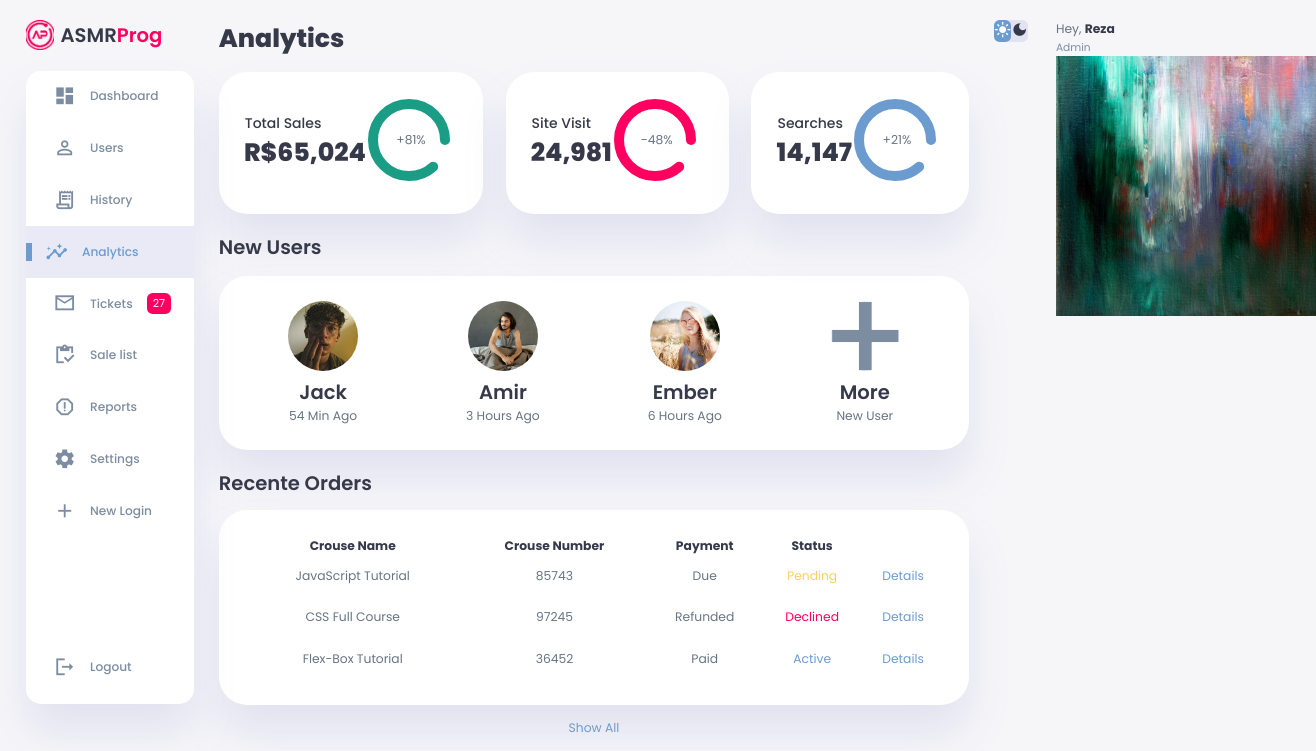
Repository: pheonix5/ProjetosRN-linux
Page: DashBoard/index.html
These files come from the project's save history. The page is drawn as it stood at one moment and after the next save; the edit follows.
The browser window is 1280 px wide. The page is 1316 px wide, so the pictures cover 1316 px, including what lies to the right of the window. The pictures show the whole page.

Above is the page before, as saved 2023-08-06 02:46:11.

### DashBoard/index.html
<!DOCTYPE html>
<html lang="pt-br">

<head>
  <meta charset="UTF-8">
  <meta name="viewport" content="width=device-width, initial-scale=1.0">
  <link href="https://fonts.googleapis.com/icon?family=Material+Icons+Sharp" rel="stylesheet">
  <link rel="stylesheet" href="style.css">
  <title>Responsive Dashboard Design #1</title>
</head>

<body>

  <div class="container">
    <!-- Siderbar Section -->
    <aside>
      <div class="toggle">
        <div class="logo">
          <img src="images/logo.png">
          <h2>ASMR<span class="danger">Prog</span></h2>
        </div>
        <div class="close" id="close-btn">
          <span class="material-icons-sharp">
            close
          </span>
        </div>
      </div>

      <div class="sidebar">
        <a href="#">
          <span class="material-icons-sharp">
            dashboard
          </span>
          <h3>Dashboard</h3>
        </a>
        <a href="#">
          <span class="material-icons-sharp">
            person_outline
          </span>
          <h3>Users</h3>
        </a>
        <a href="#">
          <span class="material-icons-sharp">
            receipt_long
          </span>
          <h3>History</h3>
        </a>
        <a href="#" class="active">
          <span class="material-icons-sharp">
            insights
          </span>
          <h3>Analytics</h3>
        </a>
        <a href="#">
          <span class="material-icons-sharp">
            mail_outline
          </span>
          <h3>Tickets</h3>
          <span class="message_count">27</span>
        </a>
        <a href="#">
          <span class="material-icons-sharp">
            inventory
          </span>
          <h3>Sale list</h3>
        </a>
        <a href="#">
          <span class="material-icons-sharp">
            report_gmailerrorred
          </span>
          <h3>Reports</h3>
        </a>
        <a href="#">
          <span class="material-icons-sharp">
            settings
          </span>
          <h3>Settings</h3>
        </a>
        <a href="#">
          <span class="material-icons-sharp">
            add
          </span>
          <h3>New Login</h3>
        </a>
        <a href="#">
          <span class="material-icons-sharp">
            logout
          </span>
          <h3>Logout</h3>
        </a>
      </div>
    </aside>
    <!-- Fim da Seção do Sidebar-->

    <!-- Main Content-->
    <main>
      <h1>Analytics</h1>
      <!-- Analyses -->
      <div class="analyse">
        <div class="sales">
          <div class="status">
            <div class="info">
              <h3>Total Sales</h3>
              <h1>R$65,024</h1>
            </div>
            <div class="progresss">
              <svg>
                <circle cx="38" cy="38" r="36"></circle>
              </svg>
              <div class="percentage">
                <p>+81%</p>
              </div>
            </div>
          </div>
        </div>

        <div class="visits">
          <div class="status">
            <div class="info">
              <h3>Site Visit</h3>
              <h1>24,981</h1>
            </div>
            <div class="progresss">
              <svg>
                <circle cx="38" cy="38" r="36"></circle>
              </svg>
              <div class="percentage">
                <p>-48%</p>
              </div>
            </div>
          </div>
        </div>

        <div class="searches">
          <div class="status">
            <div class="info">
              <h3>Searches</h3>
              <h1>14,147</h1>
            </div>
            <div class="progresss">
              <svg>
                <circle cx="38" cy="38" r="36"></circle>
              </svg>
              <div class="percentage">
                <p>+21%</p>
              </div>
            </div>
          </div>
        </div>
      </div>
      <!-- End Of Analyses -->

      <!--  New Users Section -->
      <div class="new-users">
        <h2>New Users</h2>
        <div class="user-list">
          <div class="user">
            <img src="images/profile-2.jpg">
            <h2>Jack</h2>
            <p>54 Min Ago</p>
          </div>
          <div class="user">
            <img src="images/profile-3.jpg">
            <h2>Amir</h2>
            <p>3 Hours Ago</p>
          </div>
          <div class="user">
            <img src="images/profile-4.jpg">
            <h2>Ember</h2>
            <p>6 Hours Ago</p>
          </div>
          <div class="user">
            <img src="images/plus.png">
            <h2>More</h2>
            <p>New User</p>
          </div>
        </div>
      </div>
      <!-- End of New Users Section -->


      <!-- Recente Orders Table -->
      <div class="recent-orders">
        <h2>Recente Orders</h2>
        <table>
          <thead>
            <tr>
              <th>Crouse Name</th>
              <th>Crouse Number</th>
              <th>Payment</th>
              <th>Status</th>
              <th></th>
            </tr>
          </thead>
          <tbody>

          </tbody>
        </table>
        <a href="#">Show All</a>
      </div>
      <!-- End of Recent Orders -->

    </main>
    <!-- End of Main Content -->

    <!-- Right Section-->
    <div class="right-section">
      <div class="nav">
        <button id="menu-btn">
          <span class="material-icons-sharp">
            menu
          </span>
        </button>
        <div class="dark-mode">
          <span class="material-icons-sharp active">
            light_mode
          </span>
          <span class="material-icons-sharp">
            dark_mode
          </span>
        </div>

        <div class="profile">
          <div class="info">
            <p>Hey, <b>Reza</b></p>
            <small class="text-muted">Admin</small>
          </div>
          <div class="profile-photo">
            <img src="images/profile-1.jpg">
          </div>
        </div>

      </div>
    </div>


  </div>

  <script src="orders.js"></script>
  <script src="index.js"></script>
</body>

</html>

### DashBoard/style.css
@import url('https://fonts.googleapis.com/css2?family=Barlow:ital,wght@0,100;0,200;0,300;0,400;0,500;0,600;0,700;0,800;0,900;1,100;1,200;1,300;1,400;1,500;1,600;1,700;1,800;1,900&family=Poppins:wght@300;400;500;600;700;800&display=swap');

:root{
  --color-primary: #6C9BCF;
    --color-danger: #FF0060;
    --color-success: #1B9C85;
    --color-warning: #F7D060;
    --color-white: #fff;
    --color-info-dark: #7d8da1;
    --color-dark: #363949;
    --color-light: rgba(132, 139, 200, 0.18);
    --color-dark-variant: #677483;
    --color-background: #f6f6f9;

    --card-border-radius: 2rem;
    --border-radius-1: 0.4rem;
    --border-radius-2: 1.2rem;

    --card-padding: 1.8rem;
    --padding-1: 1.2rem;

    --box-shadow: 0 2rem 3rem var(--color-light);
}

.dark-mode-variables{
  --color-background: #181a1e;
    --color-white: #202528;
    --color-dark: #edeffd;
    --color-dark-variant: #a3bdcc;
    --color-light: rgba(0, 0, 0, 0.4);
    --box-shadow: 0 2rem 3rem var(--color-light);
}

*{
  margin: 0;
  padding: 0;
  outline: 0;
  appearance: 0;
  border: 0;
  text-decoration: none;
  box-sizing: border-box;
}

html{
  font-size: 14px;
}

body{
  width: 100vw;
  height: 100vh;
  font-family: 'Poppins', sans-serif;
  font-size: 0.88rem;
  user-select: none;
  overflow-x: hidden;
  color: var(--color-dark);
  background-color: var(--color-background);
}

a{
  color: var(--color-dark);
}

img{
  display: block;
  width: 100%;
  object-fit: cover;
}

h1{
  font-weight: 800;
  font-size: 1.8rem;
}

h2{
  font-weight: 600;
  font-size: 1.4rem;
}

h3{
  font-weight: 500;
  font-size: 0.87rem;
}

small{
  font-size: 0.76rem;
}

p{
  color: var(--color-dark-variant);
}

b{
  color: var(--color-dark);
}

.text-muted{
  color: var(--color-info-dark);
}

.primary{
  color: var(--color-primary);
}

.danger{
  color: var(--color-danger);
}

.sucess{
  color: var(--color-success);
}

.warning{
  color: var(--color-warning);
}

.container{
  display: grid;
  width: 96%;
  margin: 0 auto;
  gap: 1.8rem;
  grid-template-columns: 12rem auto 23rem;
}

aside{
  height: 100vh;
}

aside .toggle{
  display: flex;
  align-items: center;
  justify-content: space-between;
  margin-top: 1.4rem;
}

aside .toggle .logo{
  display: flex;
  gap: 0.5rem;
}

aside .toggle .logo img{
  width: 2rem;
  width: 2rem;
}

aside .toggle .close{
  padding-right: 1rem;
  display: none;
}

aside .sidebar{
  display: flex;
  flex-direction: column;
  background-color: var(--color-white);
  box-shadow: var(--box-shadow);
  border-radius: 15px;
  height: 88vh;
  position: relative;
  top: 1.5rem;
  transition: all 0.3s ease;
}

aside .sidebar:hover{
  box-shadow: none;
}

aside .sidebar a{
  display: flex;
  align-items: center;
  color:  var(--color-info-dark);
  height: 3.7rem;
  gap: 1rem;
  position: relative;
  margin-left: 2rem;
  transition: all 0.3s ease;
}

aside .sidebar a span{
  font-size: 1.6rem;
  transition: all 0.3s ease;
}

aside .sidebar a:last-child{
  position: absolute;
  bottom: 0.8rem;
  width: 100%;
}

aside .sidebar a.active{
  width: 100%;
  color: var(--color-primary);
  background-color: var(--color-light);
  margin-left: 0;
}

aside .sidebar a.active::before{
  content: '';
  width: 6px;
  height: 18px;
  background-color: var(--color-primary);
}

aside .sidebar a.active span{
  color: var(--color-primary);
  margin-left: calc(1rem -3px);
}

aside .sidebar a:hover{
  color: var(--color-primary);
}

aside .sidebar a:hover span{
  margin-left: 0.6rem;
}

aside .sidebar .message_count{
  background-color: var(--color-danger);
  padding: 2px 6px;
  color: var(--color-white);
  font-size: 11px;
  border-radius: var(--border-radius-1);
}

main{
  margin-top: 1.4rem;
}

main .analyse{
  display: grid;
  grid-template-columns: repeat(3, 1fr);
  gap: 1.6rem;
}

main .analyse > div{
  background-color: var(--color-white);
  padding: var(--card-padding);
  border-radius: var(--card-border-radius);
  margin-top: 1rem;
  box-shadow: var(--box-shadow);
  cursor: pointer;
  transition: all 0.3s ease;
}

main .analyse > div:hover{
  box-shadow: none;
}

main .analyse > div .status{
  display: flex;
  align-items: center;
  justify-content: space-between;
}


main .analyse h3{
  margin-left: .06rem;
  font-size: 1rem;
}

main .analyse .progresss{
  position: relative;
  width: 92px;
  height: 92px;
  border-radius: 50%;
}

main .analyse svg{
  width: 7rem;
  height: 7rem;
}

main .analyse svg circle{
  fill: none;
  stroke-width: 10;
  stroke-linecap: round;
  transform: translate(5px, 5px);
}

main .analyse .sales svg circle{
  stroke: var(--color-success);
  stroke-dashoffset: -30;
  stroke-dasharray: 200;
}

main .analyse .visits svg circle{
  stroke: var(--color-danger);
  stroke-dashoffset: -30;
  stroke-dasharray: 200;
}

main .analyse .searches svg circle{
  stroke: var(--color-primary);
  stroke-dashoffset: -30;
  stroke-dasharray: 200;
}

main .analyse .progresss .percentage{
  position: absolute;
  top: -3px;
  left: -1px;
  display: flex;
  align-items: center;
  justify-content: center;
  height: 100%;
  width: 100%;
}

main .new-users{
  margin-top: 1.3rem;
}

main .new-users .user-list{
  background-color: var(--color-white);
  padding: var(--card-padding);
  border-radius: var(--card-border-radius);
  margin-top: 1rem;
  box-shadow: var(--box-shadow);
  display: flex;
  justify-content: space-around;
  flex-wrap: wrap;
  gap: 1.4rem;
  transition: all 0.3s ease;
}

main .new-users .user-list:hover{
  box-shadow: none;
}

main .new-users .user-list .user{
  display: flex;
  flex-direction: column;
  align-items: center;
  justify-content: center;
}

main .new-users .user-list .user img{
  width: 5rem;
  height: 5rem;
  margin-bottom: 0.4rem;
  border-radius: 50%;
}

main .recent-orders{
  margin-top: 1.3rem;
}

main .recent-orders h2{
  margin-bottom: 0.8rem;
}

main .recent-orders table{
  background-color: var(--color-white);
  width: 100%;
  padding: var(--card-padding);
  text-align: center;
  box-shadow: var(--box-shadow);
  border-radius: var(--card-border-radius);
  transition: all 0.3s ease;
}

main .recent-orders table:hover{
  box-shadow: none;
}

main table tbody td{
  height: 2.8rem;
  border-bottom: 1px solid var(--color-white);
  color: var(--color-dark-variant);
}

main table tbody tr:last-child td{
  border: none;
}

main .recent-orders a{
  text-align: center;
  display: block;
  margin: 1rem auto;
  color:  var(--color-primary);
}

.right-section{
  margin-top: 1.4rem;
}

.right-section .nav{
  display: flex;
  justify-content: end;
  gap: 2rem;
}

.right-section .nav button{
  display: none;
}

.right-section .dark-mode{
  background-color: var(--color-light);
  display: flex;
  justify-content: space-between;
  align-items: center;
  height: 1.6rem;
  width: 4.2rem;
  cursor: pointer;
  border-radius: var(--border-radius-1);
}

.right-section .dark-mode span{
  font-size: 1.2rem;
  width: 50%;
  height: 100%;
  display: flex;
  align-items: center;
  justify-content: center;
}

.right-section .dark-mode span.active{
  background-color: var(--color-primary);
  color: white;
  border-radius: var(--border-radius-1);
}

### DashBoard/orders.js
const Orders = [
  {
    productName: 'JavaScript Tutorial',
    productNumber: '85743',
    paymentStatus: 'Due',
    status: 'Pending'
  },
  {
    productName: 'CSS Full Course',
    productNumber: '97245',
    paymentStatus: 'Refunded',
    status: 'Declined'
  },
  {
    productName: 'Flex-Box Tutorial',
    productNumber: '36452',
    paymentStatus: 'Paid',
    status: 'Active'
  },
]

### DashBoard/index.js
Orders.forEach(order => {
  const tr = document.createElement('tr');
  const trContent = `
    <td>${order.productName}</td>
    <td>${order.productNumber}</td>
    <td>${order.paymentStatus}</td>
    <td class="${order.status === 'Declined' ? 'danger' : order.status === 'Pending' ? 'warning' : 'primary'}">${order.status}</td>
    <td class="primary">Details</td>
  ` ;
  tr.innerHTML = trContent;
  document.querySelector('table tbody').appendChild(tr)
})

After the next save:
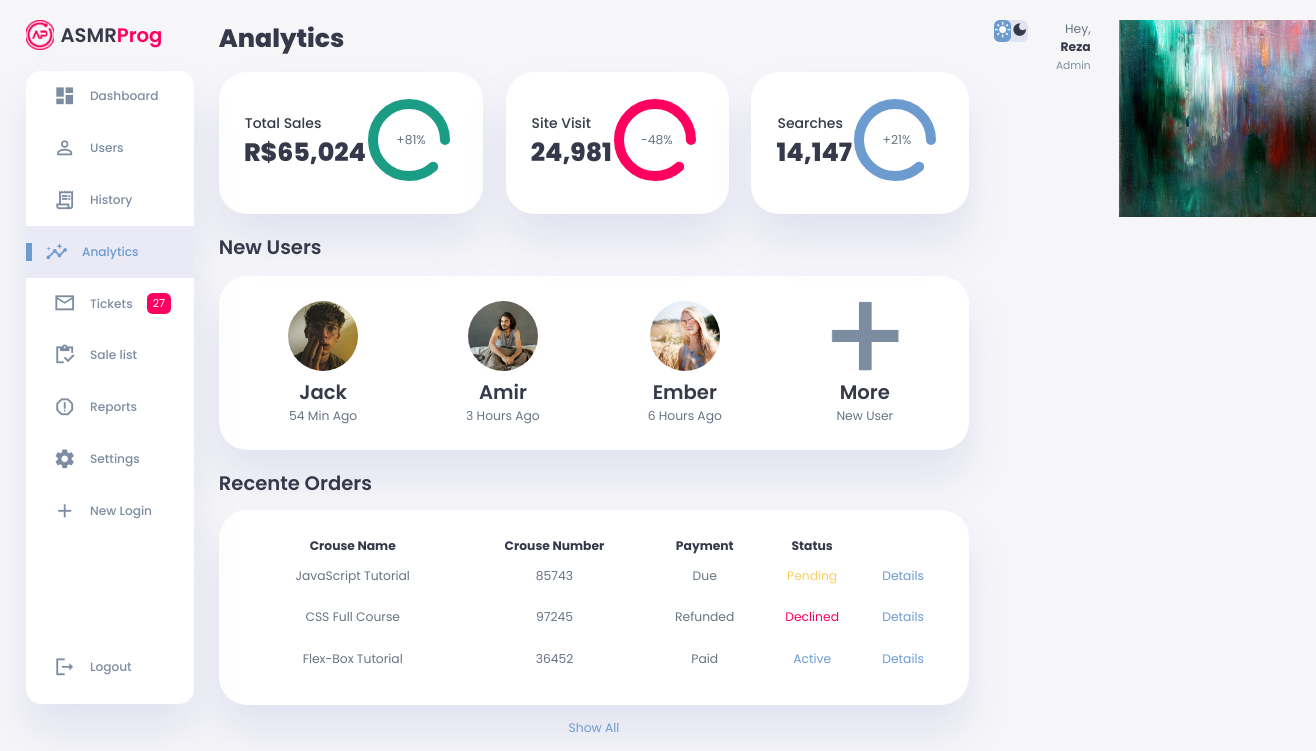
Saved 37 s later.
--- a/DashBoard/style.css
+++ b/DashBoard/style.css
@@ -417,3 +417,9 @@ main .recent-orders a{
   color: white;
   border-radius: var(--border-radius-1);
 }
+
+.right-section .nav .profile{
+  display: flex;
+  gap: 2rem;
+  text-align: right;
+}
